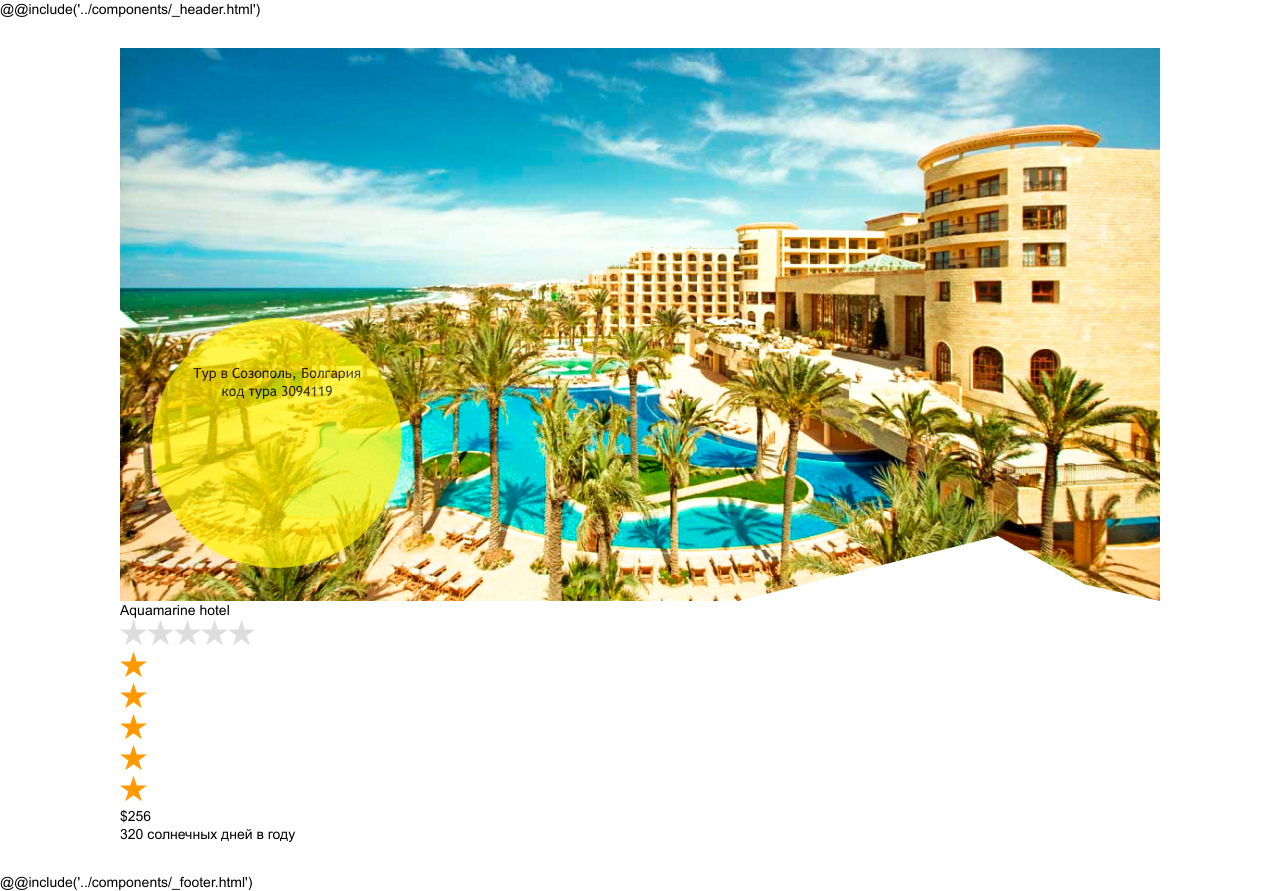
Repository: chekhunov/suntour
Page: app/html/pages/index.html
An editor plug-in stored every save of this project. The page is shown before and after the next save, followed by the edit.
The browser window is 1280 px wide. The pictures show the whole page.
Some web fonts or font styles are not loaded; a fallback is used. The style sheet was rebuilt from its Sass, Less or Tailwind sources for each picture, by a compiler version that may differ from the author's.

Above is the page before, as saved 2021-03-04 13:22:42.

After the next save:
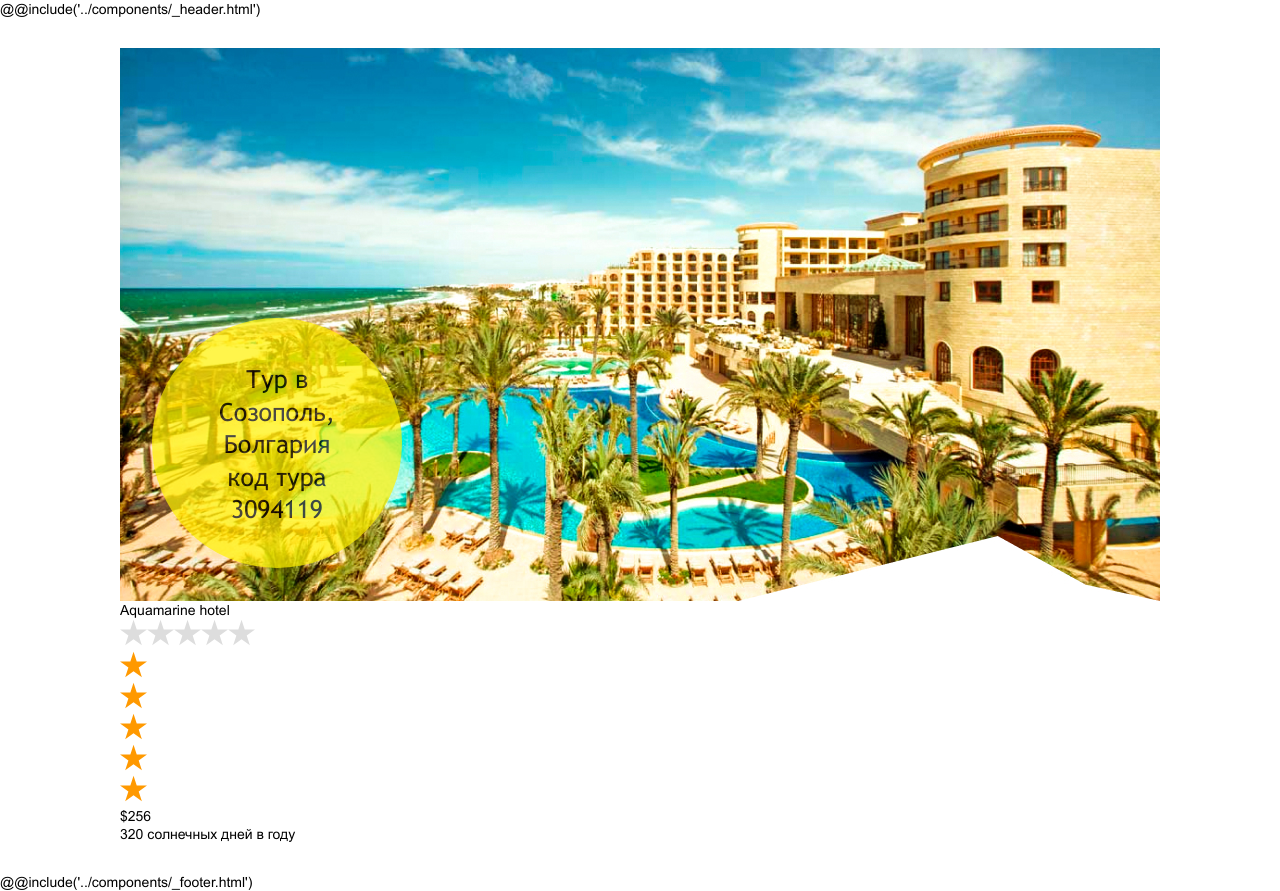
Saved 23 s later.
--- a/app/scss/components/_card-hotel.scss
+++ b/app/scss/components/_card-hotel.scss
@@ -27,6 +27,7 @@
   &__tour {
     width: 169px;
     height: 158px;
+    font-size: 25px;
     text-align: center;
     @extend %trebuchetMS-700;
   }
